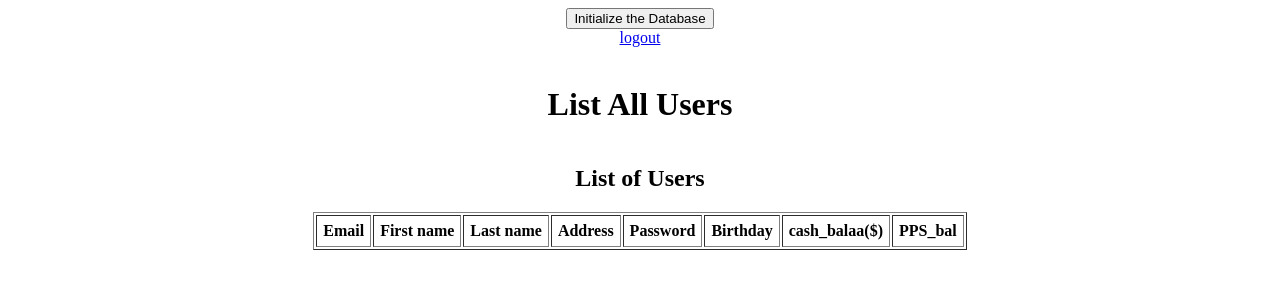
Repository: jrule5960/Tree-Cutting-Database
Page: http://localhost/database/rootView.jsp
These files come from the project's save history. The page is drawn as it stood at one moment and after the next save; the edit follows.
The browser window is 1280 px wide. The pictures show the whole page.
The page is served by Tomcat 9.

Above is the page before, as saved 2023-10-16 20:58:27.

After the next save:
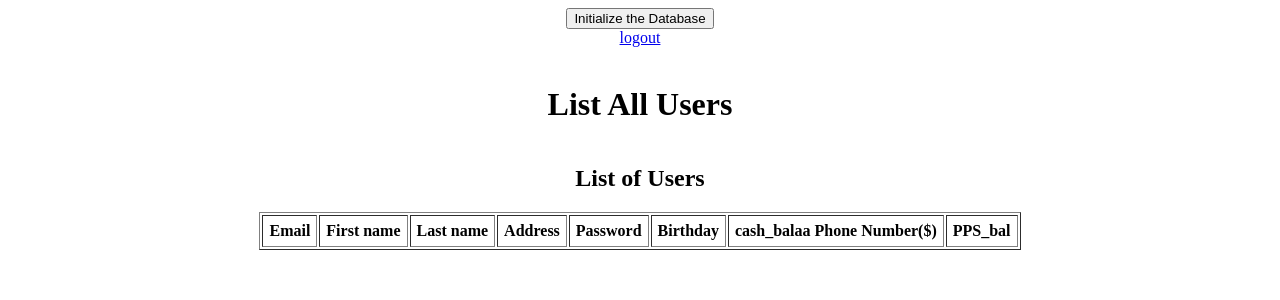
Saved 41 s later.
--- a/database/WebContent/rootView.jsp
+++ b/database/WebContent/rootView.jsp
@@ -28,7 +28,7 @@
                 <th>Address</th>
                 <th>Password</th>
                 <th>Birthday</th>
-                <th>cash_balaa($)</th>
+                <th>cash_balaa  Phone Number($)</th>
                 <th>PPS_bal</th>
             </tr>
             <c:forEach var="users" items="${listUser}">
